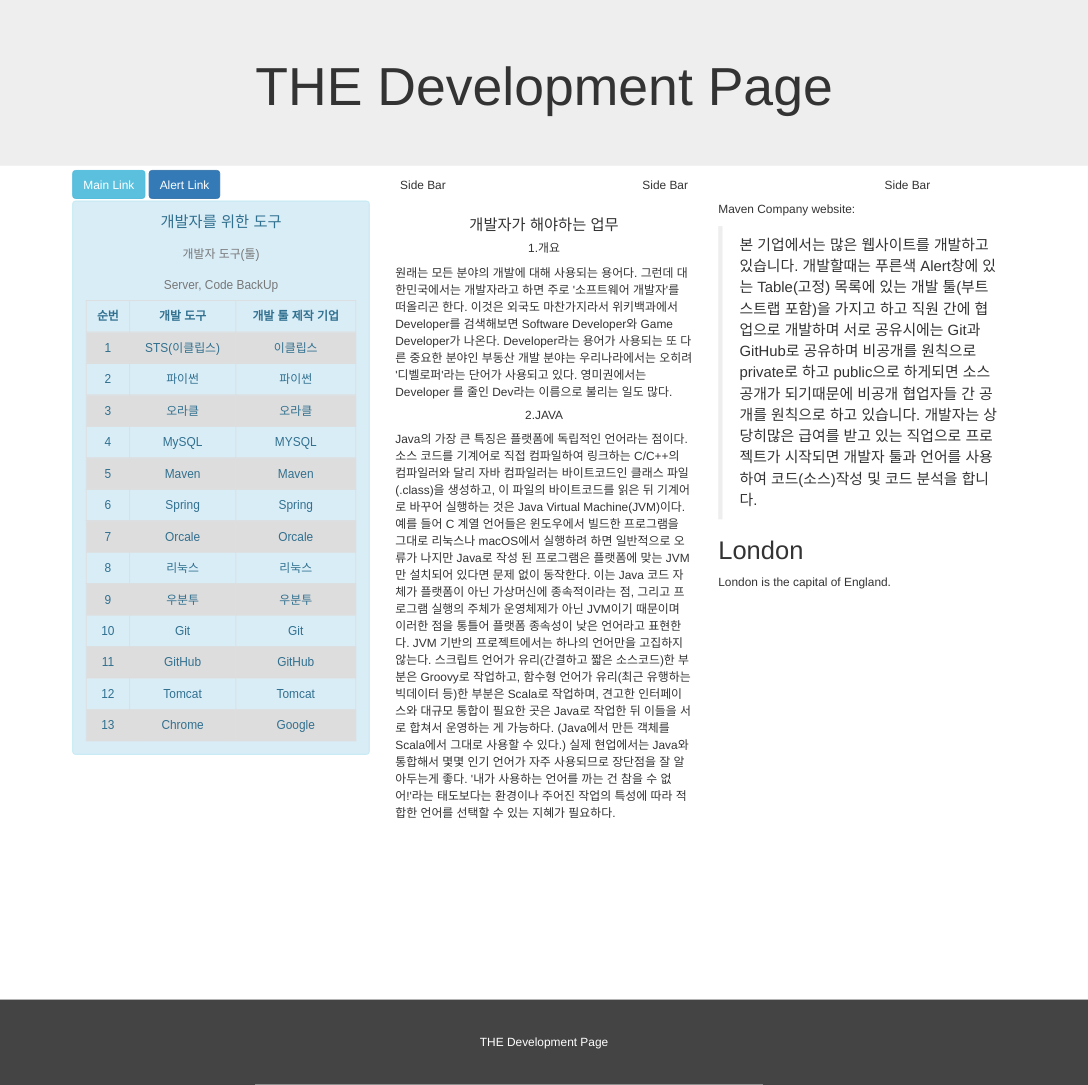
Repository: as2019a/spring
Page: http://localhost/ch19_project_mavenwebsite/WEB-INF/views/development.jsp
An editor plug-in stored every save of this project. The page is shown before and after the next save, followed by the edit.
The browser window is 1280 px wide. The pictures show the whole page, at 85% of full size.
Some web libraries are served in a nearby version. The page is served by Tomcat 9. Nobody is signed in. The template is opened directly, without the code that normally fills it, so the values that code supplies are empty.

Above is the page before, as saved 2019-01-30 08:32:39.

After the next save:
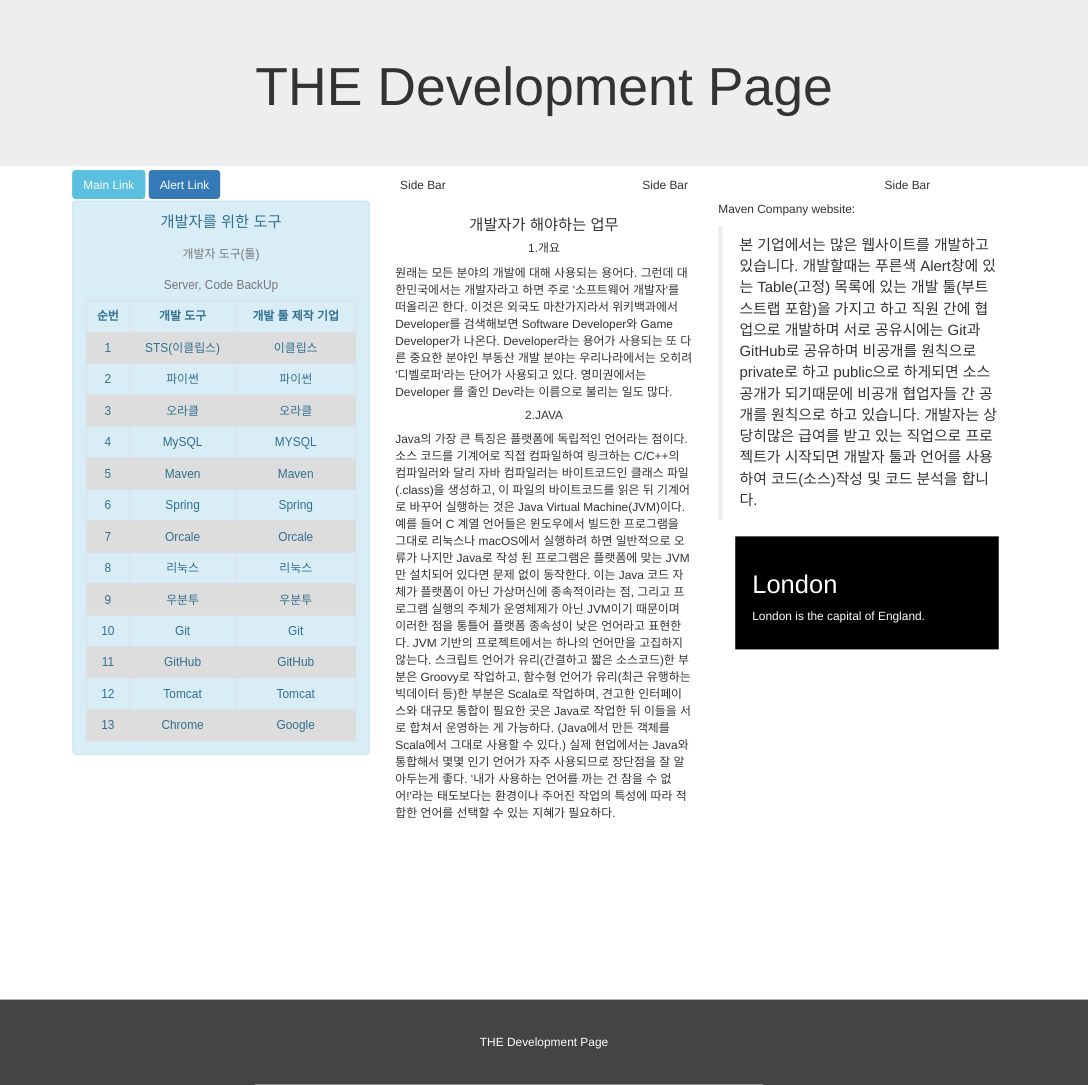
Saved 12 s later.
--- a/ch19_project_mavenwebsite/src/main/webapp/WEB-INF/views/development.jsp
+++ b/ch19_project_mavenwebsite/src/main/webapp/WEB-INF/views/development.jsp
@@ -48,7 +48,7 @@
 	  background-color: #dddddd;
 	}
 
-	.cities {
+	.cmd {
 	  background-color: black;
 	  color: white;
 	  margin: 20px;
